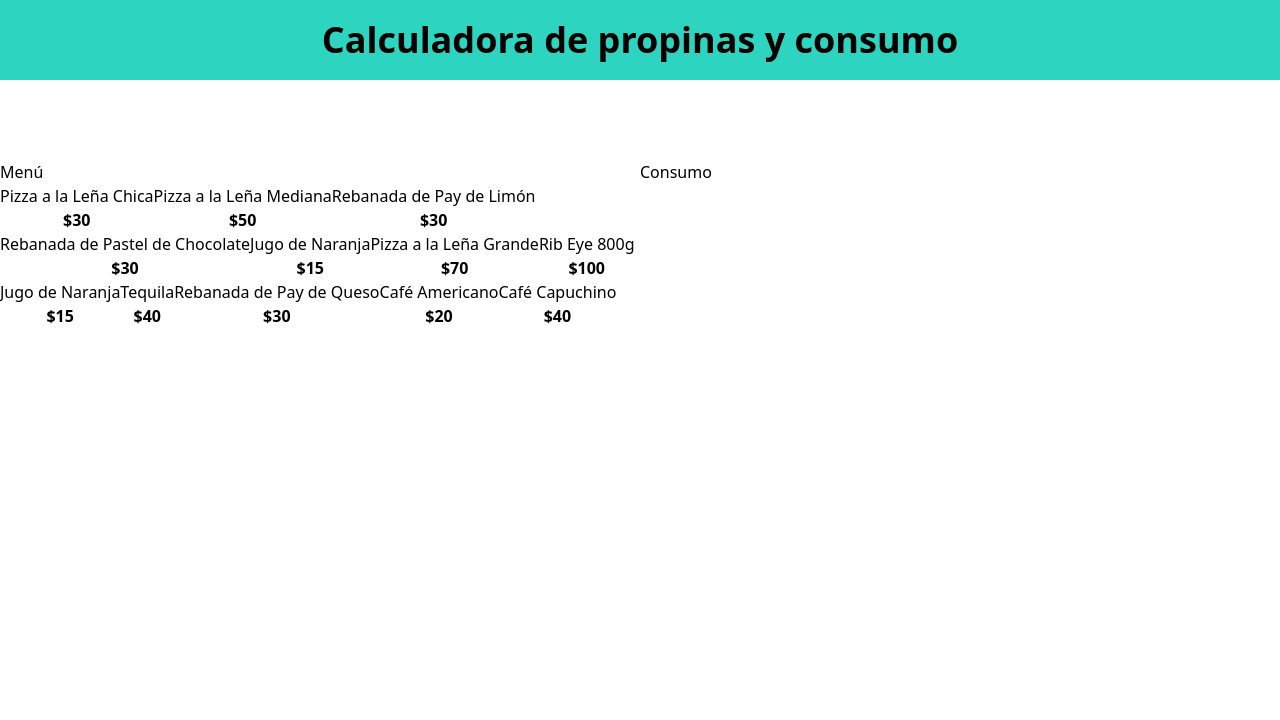
Repository: Samuel-Leal96/calculador_propinas
Page: /
An editor plug-in stored every save of this project. The page is shown before and after the next save, followed by the edit.
The browser window is 1280 px wide. The pictures show the whole page.
The project was rebuilt for these pictures with package versions that can differ from the ones it lists, and the page was loaded fresh each time. Also part of the build but not shown: vite.config.ts.

Above is the page before, as saved 2025-10-20 17:12:58.

After the next save:
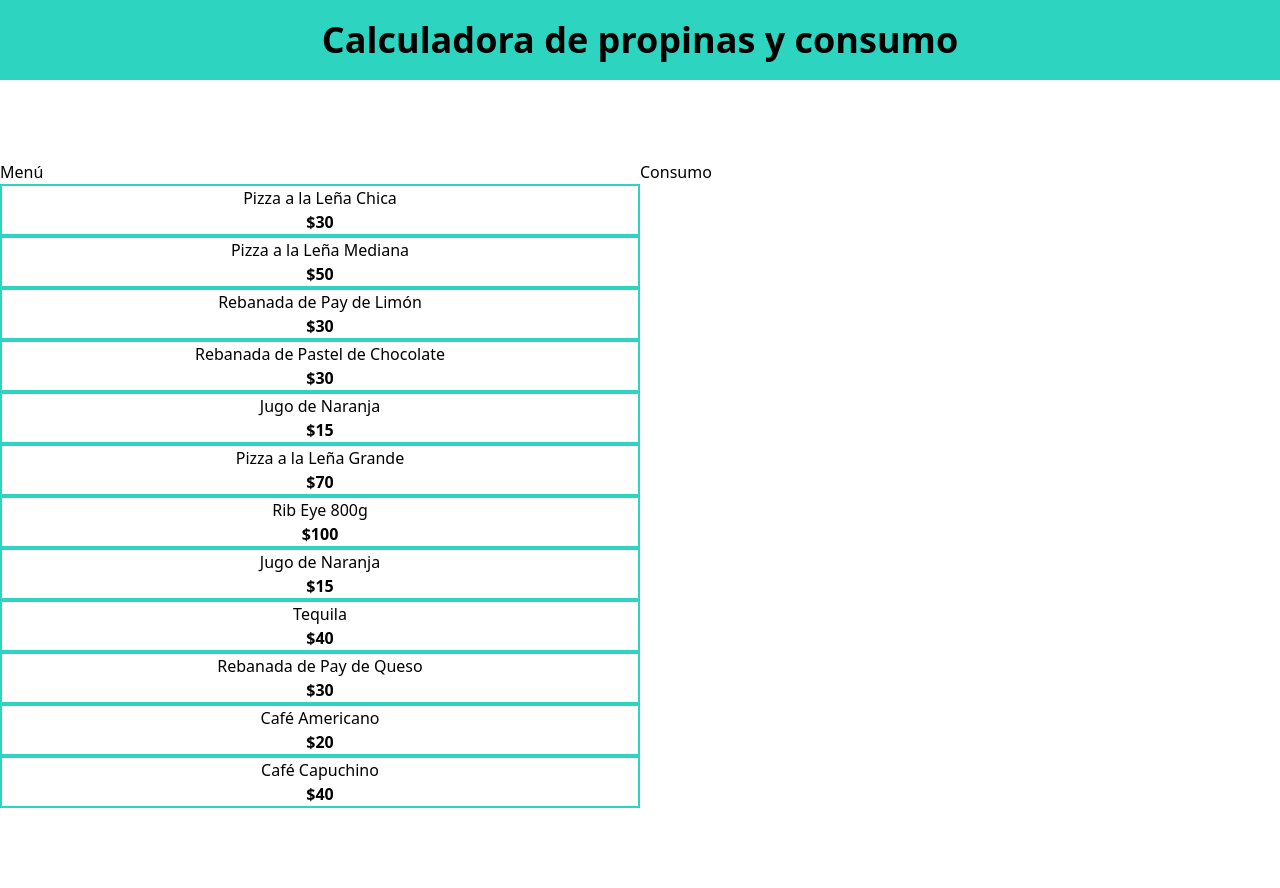
Saved 53 s later.
--- a/src/components/MenuItem.tsx
+++ b/src/components/MenuItem.tsx
@@ -6,7 +6,9 @@ type MenuItemProps = {
 
 export default function MenuItem({ item }: MenuItemProps) {
     return (
-        <button>
+        <button
+            className="border-2 border-teal-400 w-full "
+        >
             <p>{item.name}</p>
             <p className="font-black">${item.price}</p>
         </button>
